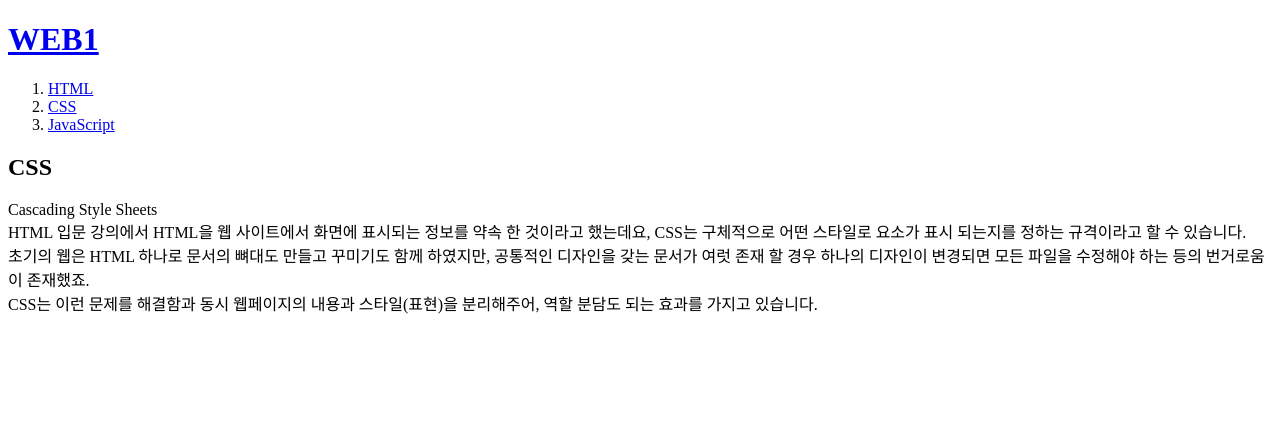
Repository: winterer4/Web-1
Page: HTML5/1.html
An editor plug-in stored every save of this project. The page is shown before and after the next save, followed by the edit.
The browser window is 1280 px wide. The pictures show the whole page.

Above is the page before, as saved 2018-10-29 07:25:21.

After the next save:
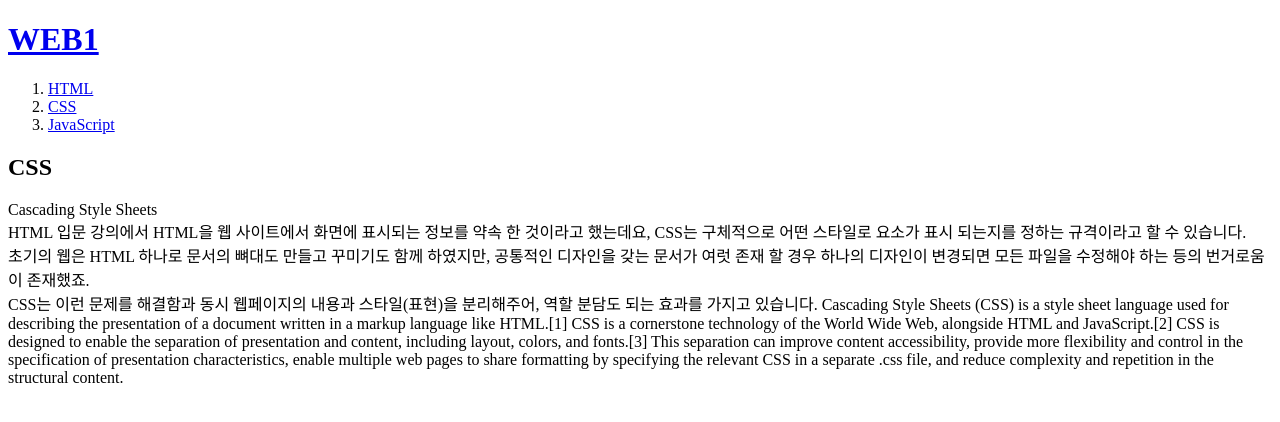
Saved 5 min 11 s later.
--- a/HTML5/1.html
+++ b/HTML5/1.html
@@ -24,6 +24,11 @@ CSS는 구체적으로 어떤 스타일로 요소가 표시 되는지를 정하
 <br>
 CSS는 이런 문제를 해결함과 동시 웹페이지의 내용과 스타일(표현)을 분리해주어, 역할 분담도 되는 효과를 가지고 있습니다.
 
+Cascading Style Sheets (CSS) is a style sheet language used for describing the presentation of a document written in a markup language like HTML.[1] CSS is a cornerstone technology of the World Wide Web, alongside HTML and JavaScript.[2]
+
+CSS is designed to enable the separation of presentation and content, including layout, colors, and fonts.[3] This separation can improve content accessibility, provide more flexibility and control in the specification of presentation characteristics, enable multiple web pages to share formatting by specifying the relevant CSS in a separate .css file, and reduce complexity and repetition in the structural content.
+
+
 </p>
 
 
